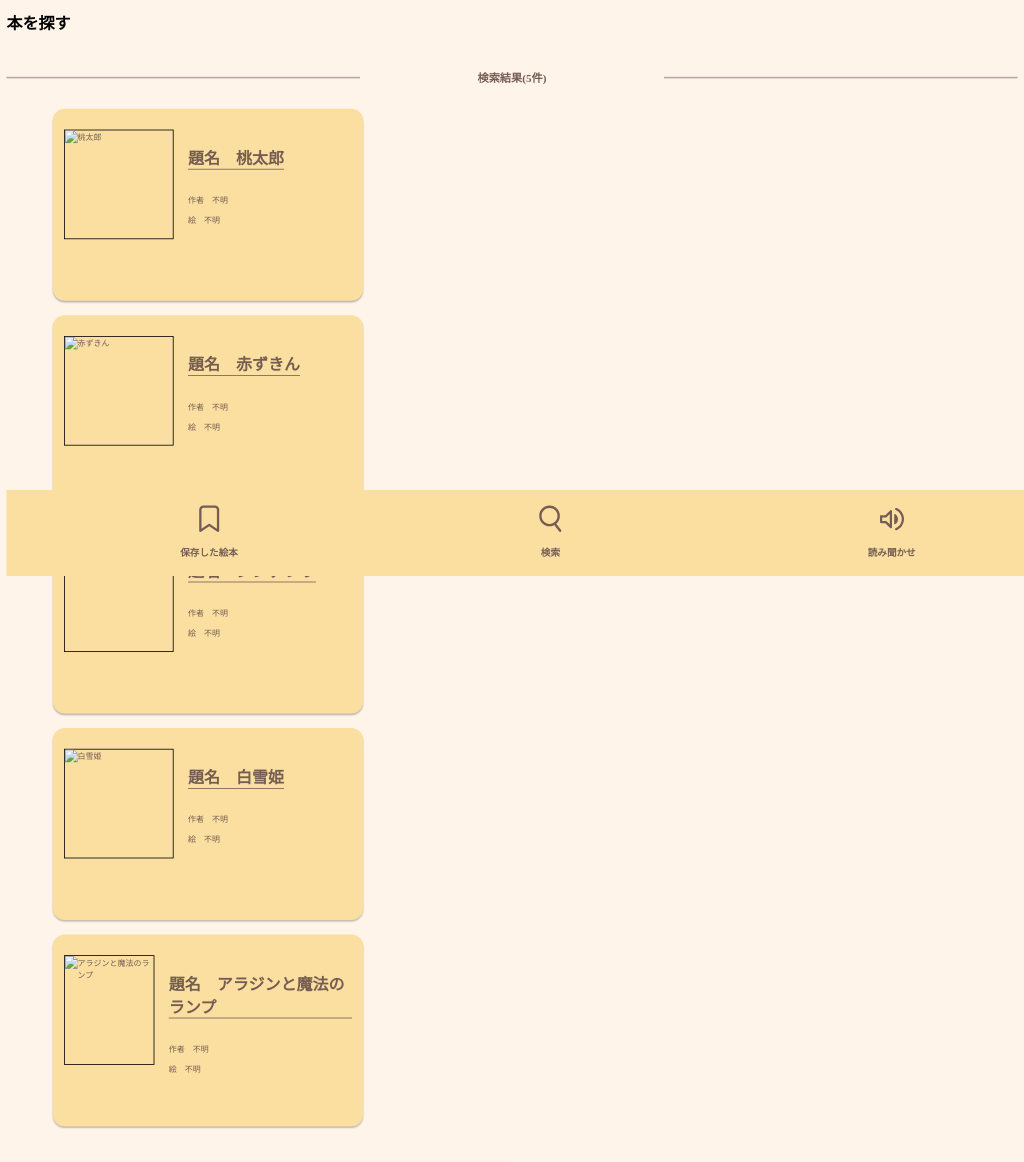
Repository: kmii12/2024-teampj
Page: /result
An editor plug-in stored every save of this project. The page is shown before and after the next save, followed by the edit.
The browser window is 1280 px wide. The pictures show the whole page, at 80% of full size.
The project was rebuilt for these pictures with package versions that can differ from the ones it lists, and the page was loaded fresh each time. The framework's server and built-in components were replaced by stand-ins that run in the browser. Also part of the build but not shown: next.config.mjs.

Above is the page before, as saved 2024-10-23 11:50:22.

### src/app/result/page.tsx
"use client";

import Link from "next/link";
import styles from "./Result.module.scss";
import { usePathname } from "next/navigation";

export default function Result() {
  const pathname = usePathname();

  //ダミーデータ（あとからfirebaseから取得）
  const ResultDatas = [
    {
      id: 1,
      title: "桃太郎",
      writer: "不明",
      illustrator: "不明",
      image: "",
      livingThing: ["人間", "陸の生き物", "空の生き物"],
      mainCharacter: "桃太郎",
      character: [
        "桃太郎",
        "犬",
        "猿",
        "キジ",
        "鬼",
        "おじいさん",
        "おばあさん",
      ],
      genre: "昔話",
      location: "日本",
      hue: "不明",
      atmosphere: "",
      season: "不明",
    },
    {
      id: 2,
      title: "赤ずきん",
      writer: "不明",
      illustrator: "不明",
      image: "",
      livingThing: ["人間", "陸の生き物", "空の生き物"],
      mainCharacter: "赤ずきん",
      character: ["赤ずきん", "おばあさん", "オオカミ"],
      hue: "不明",
      atmosphere: ["かわいい", "怖い"],
      genre: "昔話",
      location: "海外",
      season: "不明",
    },
    {
      id: 3,
      title: "シンデレラ",
      writer: "不明",
      illustrator: "不明",
      livingThing: "人間",
      mainCharacter: "シンデレラ",
      character: ["シンデレラ", "王子", "魔法使い"],
      genre: "昔話",
      location: "海外",
      hue: "不明",
      atmosphere: "",
      season: "不明",
    },
    {
      id: 4,
      title: "白雪姫",
      writer: "不明",
      illustrator: "不明",
      livingThing: ["人間", "陸の生き物"],
      mainCharacter: "白雪姫",
      character: ["白雪姫", "王子", "魔女", "小人"],
      genre: "昔話",
      location: "海外",
      hue: "不明",
      atmosphere: "",
      season: "不明",
    },
    {
      id: 5,
      title: "アラジンと魔法のランプ",
      writer: "不明",
      illustrator: "不明",
      livingThing: ["人間", "陸の生き物"],
      mainCharacter: "アラジン",
      character: ["アラジン", "ジーニー", "王女", "魔法使い", "盗賊"],
      genre: "昔話",
      location: "海外",
      hue: "不明",
      atmosphere: "",
      season: "不明",
    },
  ];
  return (
    <>
      <h1>本を探す</h1>

      <div className={styles.resultContainer}>
        <h2>検索結果({ResultDatas.length}件)</h2>
        <ul className={styles.resultList}>
          <div className={styles.resultItemWrap}>
            {ResultDatas.map((result) => (
              <li key={result.id} className={styles.resultItem}>
                <div className={styles.itemImageWrap}>
                  <img
                    src={result.image}
                    alt={result.title}
                    className={styles.image}
                  />
                </div>
                <div className={styles.itemDescriptionWrap}>
                  <h3 className="title">題名　{result.title}</h3>
                  <div className={styles.fixedBottom}>
                    <p className="writer">作者　{result.writer}</p>
                    <p className="illustrator">絵　{result.illustrator}</p>
                  </div>
                </div>
              </li>
            ))}
          </div>
        </ul>
      </div>
    </>
  );
}

### src/app/globals.css
html {
  font-size: 62.5%;
}

body {
  font-family: "Zen Maru Gothic", serif;
  background-color: #fff4ea;
}

a {
  color: inherit;
  text-decoration: none;
}

li {
  list-style-type: none;
}

### src/app/components/Footer.tsx
"use client";

import Link from "next/link";
import styles from "./Footer.module.scss";
import { usePathname } from "next/navigation";

export default function Footer() {
  const pathname = usePathname();

  return (
    <footer className={styles.footer}>
      <nav>
        <ul>
          <li>
            <Link
              href="/saved"
              className={pathname === "/saved" ? styles.active : ""}
            >
              <svg
                xmlns="http://www.w3.org/2000/svg"
                width="40"
                height="40"
                viewBox="0 0 40 40"
                fill="none"
              >
                <path
                  d="M31.5577 36C31.2643 35.9944 30.9782 35.9096 30.7308 35.7549L20.5 28.7589L10.2692 35.7549C10.0433 35.8898 9.78379 35.9611 9.51923 35.9611C9.25467 35.9611 8.99521 35.8898 8.76923 35.7549C8.54791 35.643 8.3604 35.4762 8.22542 35.271C8.09043 35.0658 8.01271 34.8295 8 34.5857V8.18571C8 6.81038 8.55718 5.49137 9.54895 4.51886C10.5407 3.54635 11.8859 3 13.2885 3H27.7115C29.1141 3 30.4593 3.54635 31.451 4.51886C32.4428 5.49137 33 6.81038 33 8.18571V34.5857C33.001 34.8425 32.9297 35.0945 32.7939 35.3141C32.6582 35.5337 32.4633 35.7123 32.2308 35.8303C32.0245 35.9413 31.793 35.9996 31.5577 36ZM20.5 25.6286C20.7947 25.6255 21.0833 25.7111 21.3269 25.8737L30.1154 31.8703V8.18571C30.1154 7.56056 29.8621 6.96101 29.4113 6.51896C28.9605 6.07691 28.3491 5.82857 27.7115 5.82857H13.2885C12.6509 5.82857 12.0395 6.07691 11.5887 6.51896C11.1379 6.96101 10.8846 7.56056 10.8846 8.18571V31.8703L19.6731 25.8737C19.9167 25.7111 20.2053 25.6255 20.5 25.6286Z"
                  fill={pathname === "/saved" ? "#c96868" : "#755D52"}
                />
              </svg>
              <p
                style={{
                  color: pathname === "/saved" ? "#c96868" : "#755D52",
                }}
              >
                保存した絵本
              </p>
            </Link>
          </li>
          <li>
            <Link href="/" className={pathname === "/" ? styles.active : ""}>
              <svg
                xmlns="http://www.w3.org/2000/svg"
                width="40"
                height="40"
                viewBox="0 0 40 40"
                fill="none"
              >
                <path
                  fillRule="evenodd"
                  clipRule="evenodd"
                  d="M18.9346 25.8692C24.4214 25.8692 28.8692 21.4214 28.8692 15.9346C28.8692 10.4479 24.4214 6 18.9346 6C13.4479 6 9 10.4479 9 15.9346C9 21.4214 13.4479 25.8692 18.9346 25.8692ZM18.9346 28.8692C26.0782 28.8692 31.8692 23.0782 31.8692 15.9346C31.8692 8.79103 26.0782 3 18.9346 3C11.791 3 6 8.79103 6 15.9346C6 23.0782 11.791 28.8692 18.9346 28.8692Z"
                  fill={pathname === "/" ? "#c96868" : "#755D52"}
                />
                <path
                  fillRule="evenodd"
                  clipRule="evenodd"
                  d="M33.0447 35.7533C32.3807 36.2486 31.4408 36.1119 30.9455 35.4479L25.0052 27.4848C24.5099 26.8208 24.6466 25.881 25.3106 25.3856C25.9746 24.8903 26.9145 25.027 27.4098 25.691L33.3501 33.6541C33.8455 34.3181 33.7087 35.2579 33.0447 35.7533Z"
                  fill={pathname === "/" ? "#c96868" : "#755D52"}
                />
              </svg>
              <p
                style={{
                  color: pathname === "/" ? "#c96868" : "#755D52",
                }}
              >
                検索
              </p>
            </Link>
          </li>
          <li>
            <Link
              href="/read"
              className={pathname === "/read" ? styles.active : ""}
            >
              <svg
                xmlns="http://www.w3.org/2000/svg"
                width="40"
                height="40"
                viewBox="0 0 40 40"
                fill="none"
              >
                <path
                  d="M32.2221 19.8994C32.2221 17.3902 31.5324 15.124 30.1529 13.1006C28.7732 11.0776 26.9538 9.59382 24.6946 8.64937C24.3335 8.49187 24.0742 8.24423 23.9167 7.90646C23.7592 7.5684 23.7499 7.22812 23.8888 6.88562C24.0371 6.51507 24.2987 6.25576 24.6737 6.10771C25.0487 5.95965 25.4307 5.96424 25.8196 6.12146C28.5879 7.27896 30.8101 9.10076 32.4862 11.5869C34.1621 14.073 35 16.8438 35 19.8994C35 22.9549 34.1621 25.7258 32.4862 28.2119C30.8101 30.698 28.5879 32.5198 25.8196 33.6773C25.4307 33.8345 25.0487 33.8391 24.6737 33.691C24.2987 33.543 24.0371 33.2837 23.8888 32.9131C23.7499 32.5706 23.7592 32.2303 23.9167 31.8923C24.0742 31.5545 24.3335 31.3069 24.6946 31.1494C26.9538 30.2049 28.7732 28.7212 30.1529 26.6981C31.5324 24.6748 32.2221 22.4085 32.2221 19.8994ZM11.6667 24.941H6.38875C5.99069 24.941 5.65972 24.8091 5.39583 24.5452C5.13194 24.2813 5 23.9503 5 23.5523V16.3298C5 15.9317 5.13194 15.6008 5.39583 15.3369C5.65972 15.073 5.99069 14.941 6.38875 14.941H11.6667L17.6388 8.96896C18.074 8.53368 18.5764 8.4341 19.1458 8.67021C19.7153 8.90632 20 9.33451 20 9.95479V29.9273C20 30.5476 19.7153 30.9758 19.1458 31.2119C18.5764 31.448 18.074 31.3484 17.6388 30.9131L11.6667 24.941ZM27.5 19.941C27.5 21.293 27.1713 22.5315 26.5138 23.6565C25.8565 24.7815 24.9492 25.6587 23.7917 26.2881C23.5508 26.4178 23.3217 26.4109 23.1042 26.2673C22.8867 26.124 22.7779 25.9226 22.7779 25.6631V14.1631C22.7779 13.904 22.8867 13.7026 23.1042 13.559C23.3217 13.4156 23.5508 13.4087 23.7917 13.5381C24.9492 14.177 25.8565 15.0706 26.5138 16.219C27.1713 17.367 27.5 18.6077 27.5 19.941ZM17.2221 13.5244L12.8887 17.719H7.77792V22.1631H12.8887L17.2221 26.3856V13.5244Z"
                  fill={pathname === "/read" ? "#c96868" : "#755D52"}
                />
              </svg>
              <p
                style={{
                  color: pathname === "/read" ? "#c96868" : "#755D52",
                }}
              >
                読み聞かせ
              </p>
            </Link>
          </li>
        </ul>
      </nav>
    </footer>
  );
}

### src/app/result/Result.module.scss
@import "../styles/variables.scss";

.resultContainer {
  color: $text;
  margin: 44px 0; //resultPage全ての上下の余白
  // border: 1px solid #000;

  h2 {
    //検索結果
    position: relative;
    text-align: center;
    font-size: 1.4em;
    margin-bottom: 30px;
    &::before,
    &::after {
      content: "";
      position: absolute;
      top: 50%;
      width: 35%;
      height: 1.5px;
      background-color: #b9a6a6;
    }
    &::before {
      left: 0;
    }
    &::after {
      right: 0;
    }
  }
  h3 {
    //本の題名
    font-size: 2em;
    border-bottom: 1.5px solid $text;
  }

  .resultItem {
    //li
    padding: 26px 14px;
    margin: 18px;
    width: 360px;
    height: 188px;
    background-color: $main;
    border-radius: 15px;
    box-shadow: 0px 2px 2px rgba($color: #000000, $alpha: 0.25);
    display: flex;
    gap: 18px;
    position: relative;

    .itemImageWrap {
      width: 135px;
      height: 135px;
      border: 1px solid #000;
    }
    .fixedBottom {
      position: absolute;
    }
  }
}

### src/app/components/Footer.module.scss
@import "../styles/variables.scss";

.footer {
  width: 100%;
  height: 14dvh;
  padding-top: 1dvh;
  background-color: $main;
  position: fixed;
  bottom: 0;
  nav {
    width: inherit;
    height: inherit;
    ul {
      width: inherit;
      height: auto;
      display: flex;
      justify-content: space-around;
      align-items: center;
      li {
        width: calc(100% / 3);
        a {
          display: flex;
          flex-direction: column;
          justify-content: center;
          align-items: center;
          p {
            font-weight: 700;
            font-size: 1.2rem;
          }
        }
      }
    }
  }
}

### src/app/styles/variables.scss
// sassでカラーを使用するとき用

// 使用するファイルで最初に下記を記述
// コンポーネント用 → @import "../styles/variables.scss";
// ページ用 → @import "./styles/variables.scss";

$base: #fff4ea;
$main: #fadfa1;
$sub: #c96868;
$accent: #7eacb5;
$text: #755d52;

Loaded but not shown: src/app/layout.tsx (common file)

After the next save:
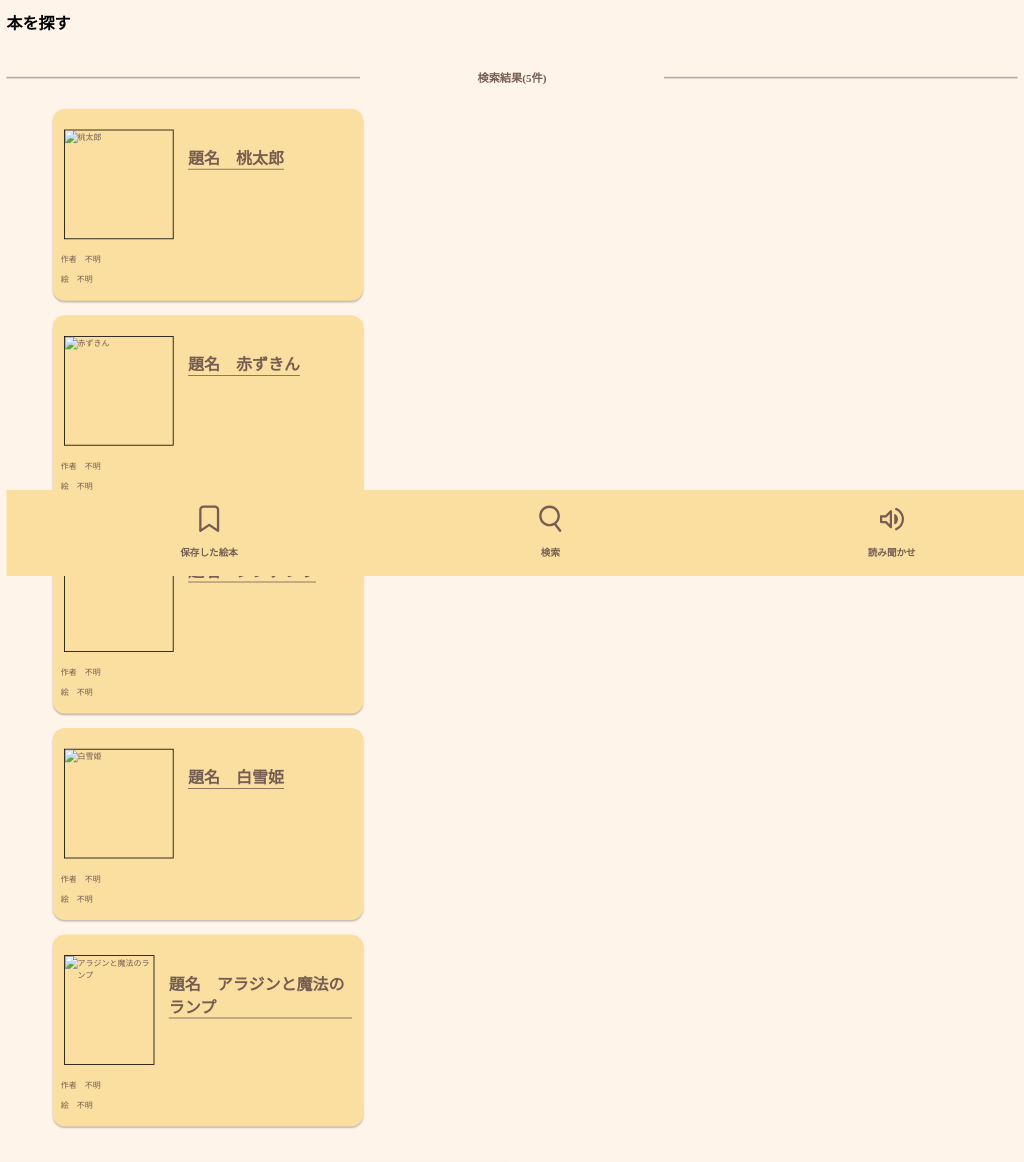
Saved 11 s later.
--- a/src/app/result/Result.module.scss
+++ b/src/app/result/Result.module.scss
@@ -53,6 +53,9 @@
     }
     .fixedBottom {
       position: absolute;
+      bottom: 10px;
+      left: 10px;
+      right: 10px;
     }
   }
 }
